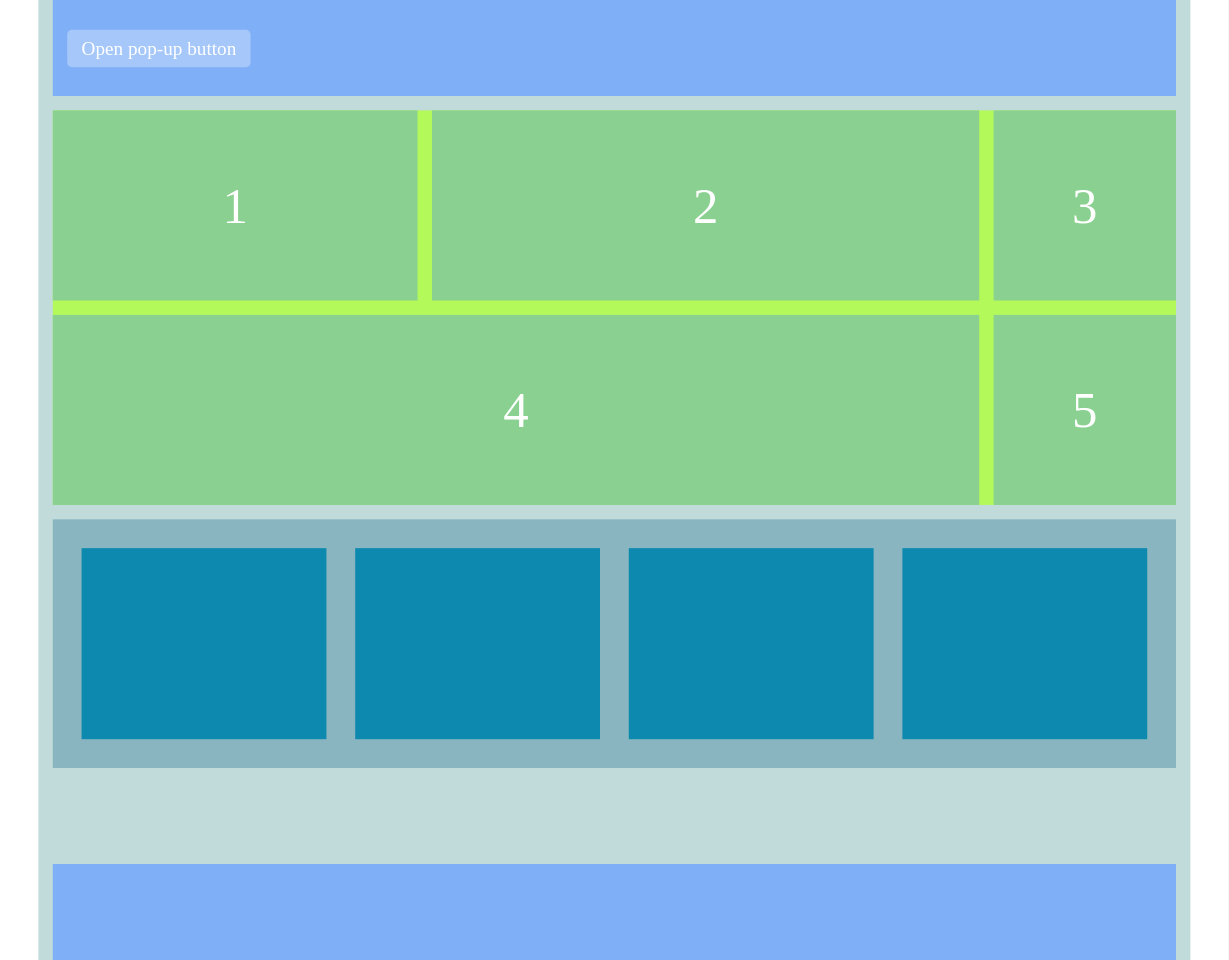
Repository: Evgenius190999999/nodasoft
Page: index.html
An editor plug-in stored every save of this project. The page is shown before and after the next save, followed by the edit.
The browser window is 1280 px wide. The pictures show the whole page, at 96% of full size.
Some web libraries are served in a nearby version. The style sheet was rebuilt from its Sass, Less or Tailwind sources for each picture, by a compiler version that may differ from the author's.

Above is the page before, as saved 2022-07-08 19:13:17.

After the next save:
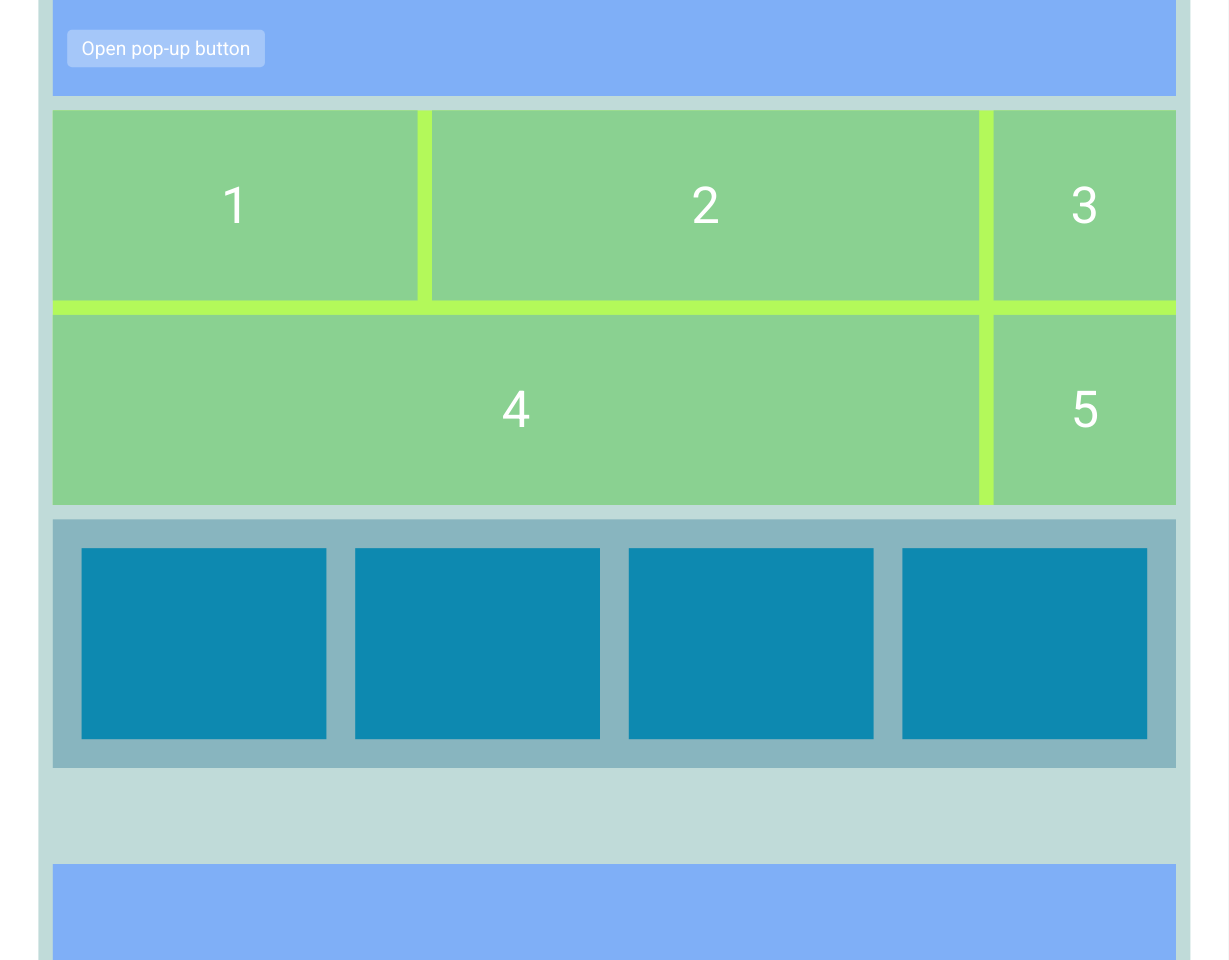
Saved 6 s later.
--- a/style/sass/style.sass
+++ b/style/sass/style.sass
@@ -1,4 +1,7 @@
 @import url('https://fonts.googleapis.com/css2?family=Roboto&display=swap')
+
+body
+    font-family: 'Roboto', sans-serif
 
 *, *::after, *::before
     box-sizing: border-box
